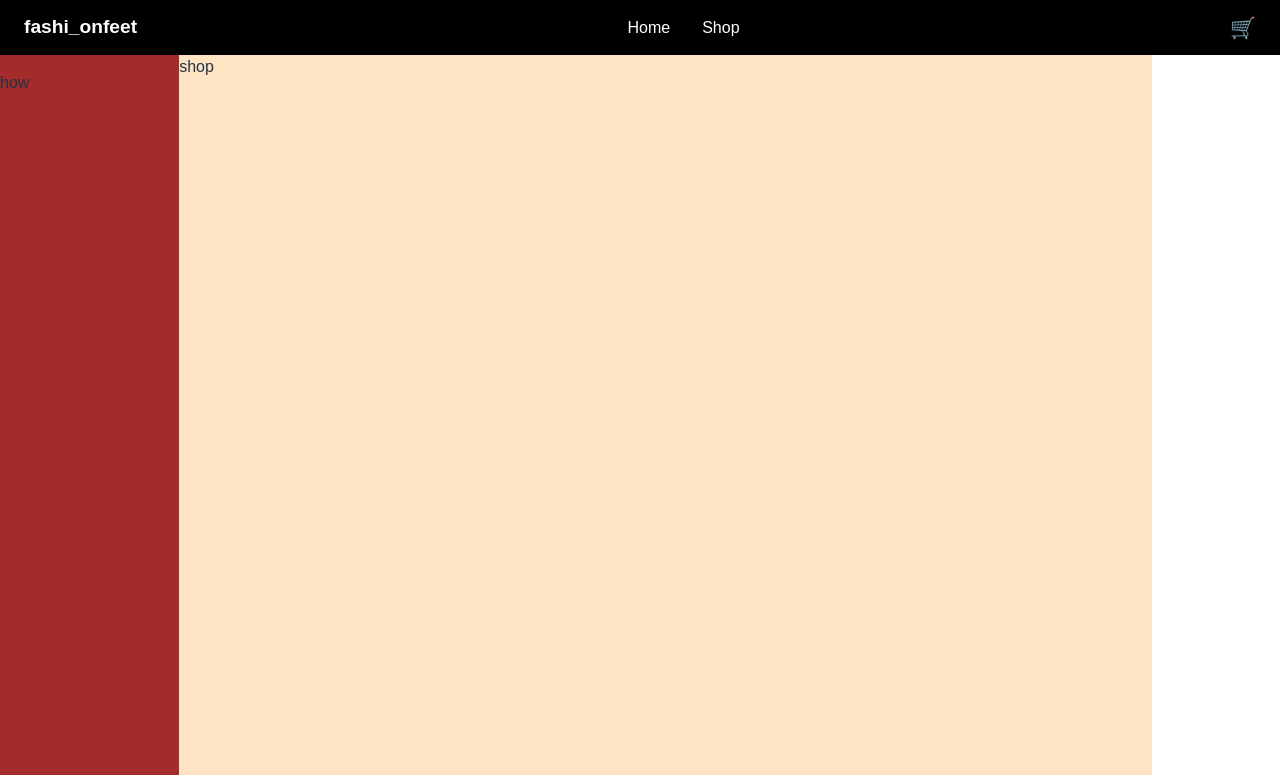
Repository: EphrahimLaanyu123/fashi_onfeet
Page: /shop
The author's editor kept a copy of each file at every save. The page is drawn from the files as they stood at one save, then again after the next save.
The browser window is 1280 px wide. The pictures show the whole page.
The project was rebuilt for these pictures with package versions that can differ from the ones it lists, and the page was loaded fresh each time. Also part of the build but not shown: vite.config.js, src/Home/Home.jsx, src/Home/components/Products.css, src/Home/components/Products.jsx, src/Shop/components/supabaseClient.js, src/Shop/components/AddForm.css, src/Shop/components/AddProductForm.jsx.

Above is the page before, as saved 2025-04-18 20:39:12.

After the next save:
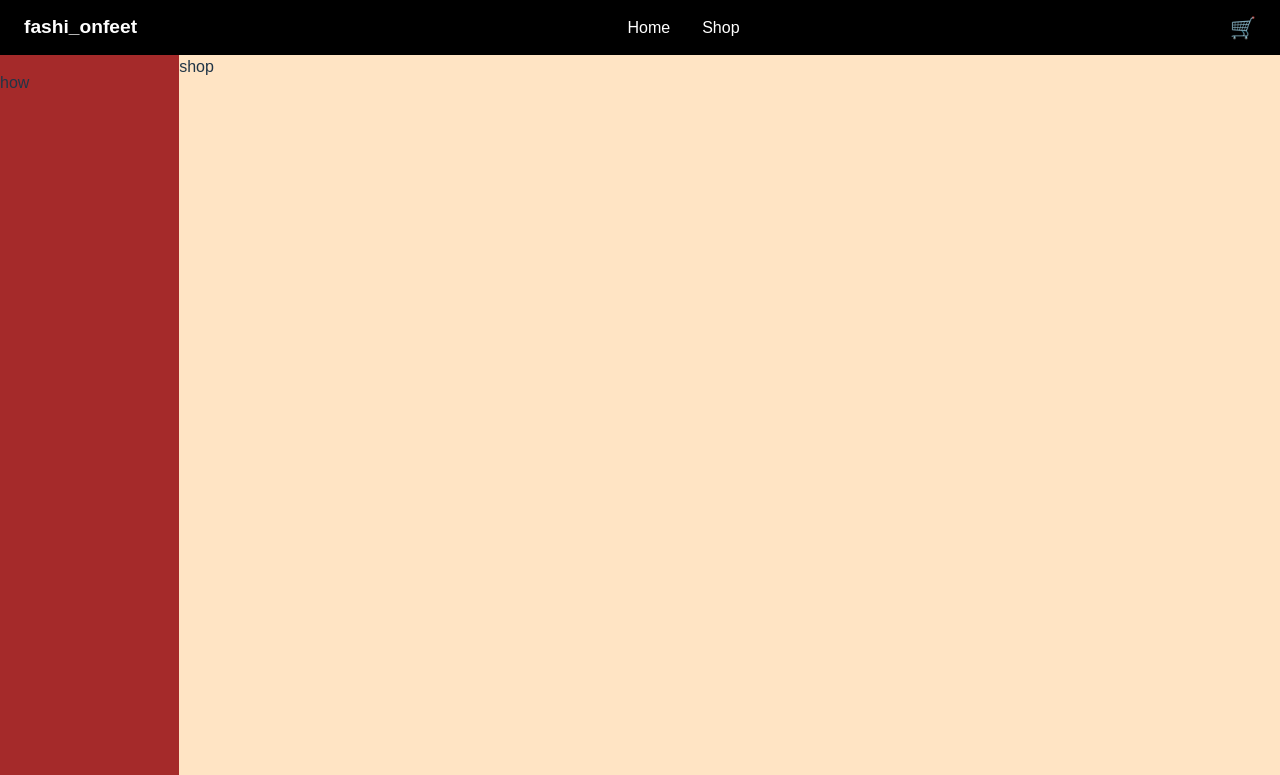
Saved 6 s later.
--- a/src/Shop/Shop.css
+++ b/src/Shop/Shop.css
@@ -20,6 +20,6 @@ body, html {
 }
 
 .products-page {
-    width: 76%;
+    width: 86%;
     background-color: bisque;
 }
